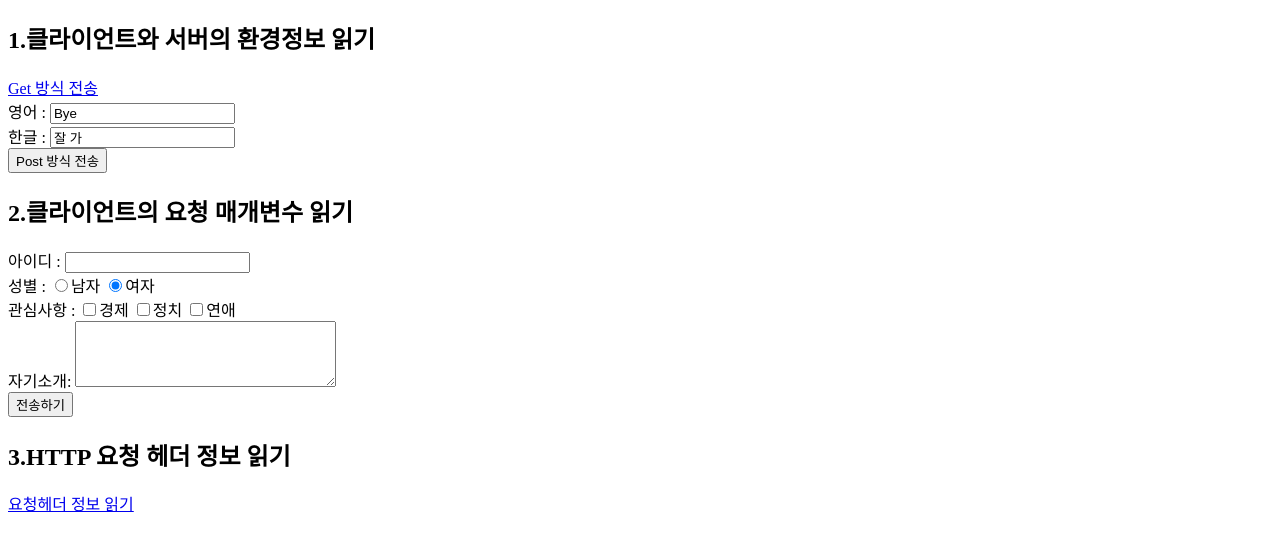
Repository: DANU011/Servlet-JSP
Page: http://localhost/MustHaveJSP/02ImplicitObject/RequestMain.jsp
These files come from the project's save history. The page is drawn as it stood at one moment and after the next save; the edit follows.
The browser window is 1280 px wide. The pictures show the whole page.
The page is served by Tomcat 9. Other server files are loaded and not shown.

Above is the page before, as saved 2023-02-21 08:50:35.

### MustHaveJSP/src/main/webapp/02ImplicitObject/RequestMain.jsp
<%@ page language="java" contentType="text/html; charset=UTF-8"
    pageEncoding="UTF-8"%>
<!DOCTYPE html>
<html>
<head>
<title>내장 각체</title>
</head>
<body>
<h2>1.클라이언트와 서버의 환경정보 읽기</h2>
<a href="./RequestWebInfo.jsp?eng=Hello&han=안녕">Get 방식 전송</a>
<br />
<form action="RequestWebInfo.jsp" method="post">
영어 : <input type = "text" name="eng" value="Bye" /><br />
한글 : <input type = "text" name="han" value="잘 가" /><br />
<input type="submit" value="Post 방식 전송" /><form>

<h2>2.클라이언트의 요청 매개변수 읽기</h2>
<form method="post" action="RequestParameter.jsp">
아이디 : <input type = "text" name="id" value=""><br />
성별 : <input type = "radio" name="sex" value="man" />남자
<input type = "radio" name="sex" value="woman" checked="checked" />여자
<br />
관심사항 : <input type = "checkbox" name="favo" value="eco" />경제
<input type = "checkbox" name="favo" value="pol" />정치
<input type = "checkbox" name="favo" value="ent" />연애<br />
자기소개:
<textarea name="intro" cols="30" rows="4"></textarea>
<br />
<input type="submit" value="전송하기" />
</form>

<h2>3.HTTP 요청 헤더 정보 읽기</h2>
<a href="RequestHeader.jsp">
요청헤더 정보 읽기
</a>
</body>
</html>

After the next save:
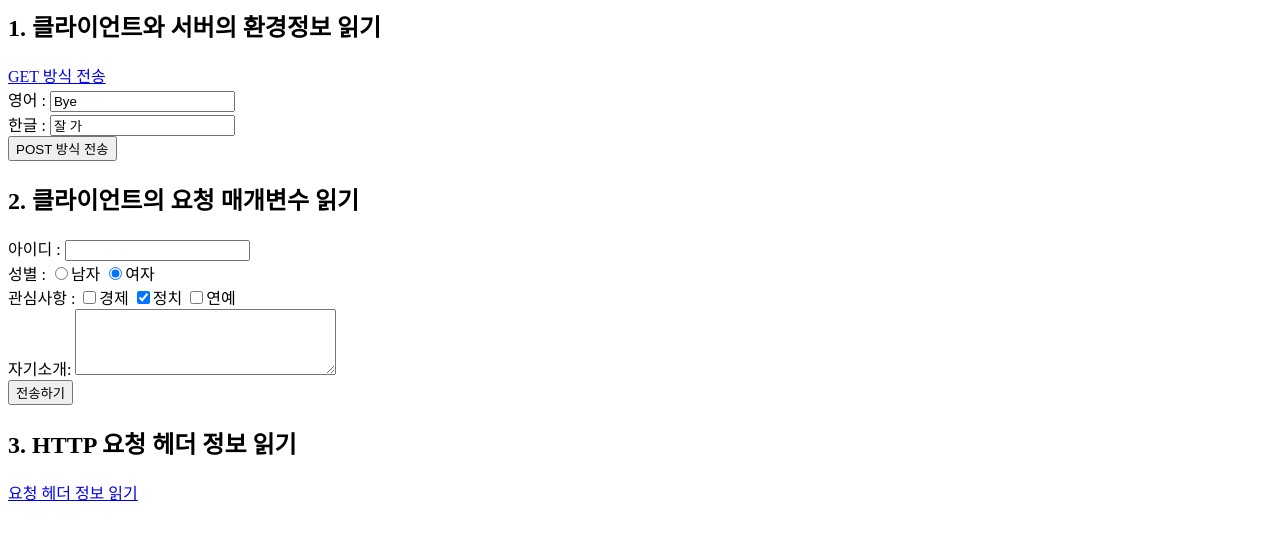
Saved 14 h 36 min later.
--- a/MustHaveJSP/src/main/webapp/02ImplicitObject/RequestMain.jsp
+++ b/MustHaveJSP/src/main/webapp/02ImplicitObject/RequestMain.jsp
@@ -1,37 +1,39 @@
 <%@ page language="java" contentType="text/html; charset=UTF-8"
     pageEncoding="UTF-8"%>
-<!DOCTYPE html>
 <html>
-<head>
-<title>내장 각체</title>
-</head>
+<head><title>내장 객체 - request</title></head>
 <body>
-<h2>1.클라이언트와 서버의 환경정보 읽기</h2>
-<a href="./RequestWebInfo.jsp?eng=Hello&han=안녕">Get 방식 전송</a>
-<br />
-<form action="RequestWebInfo.jsp" method="post">
-영어 : <input type = "text" name="eng" value="Bye" /><br />
-한글 : <input type = "text" name="han" value="잘 가" /><br />
-<input type="submit" value="Post 방식 전송" /><form>
+    <h2>1. 클라이언트와 서버의 환경정보 읽기</h2>
+    <a href="./RequestWebInfo.jsp?eng=Hello&han=안녕">  <!--GET 방식으로 요청-->
+      GET 방식 전송
+    </a>
+    <br />
+    <form action="RequestWebInfo.jsp" method="post">  <!--POST 방식으로 요청-->
+        영어 : <input type="text" name="eng" value="Bye" /><br />
+        한글 : <input type="text" name="han" value="잘 가" /><br />
+        <input type="submit" value="POST 방식 전송" />
+    </form>
 
-<h2>2.클라이언트의 요청 매개변수 읽기</h2>
-<form method="post" action="RequestParameter.jsp">
-아이디 : <input type = "text" name="id" value=""><br />
-성별 : <input type = "radio" name="sex" value="man" />남자
-<input type = "radio" name="sex" value="woman" checked="checked" />여자
-<br />
-관심사항 : <input type = "checkbox" name="favo" value="eco" />경제
-<input type = "checkbox" name="favo" value="pol" />정치
-<input type = "checkbox" name="favo" value="ent" />연애<br />
-자기소개:
-<textarea name="intro" cols="30" rows="4"></textarea>
-<br />
-<input type="submit" value="전송하기" />
-</form>
+    <h2>2. 클라이언트의 요청 매개변수 읽기</h2>
+    <form method="post" action="RequestParameter.jsp">  <!--다양한 <input> 태그 사용-->
+        아이디 : <input type="text" name="id" value="" /><br />
+        성별 :
+        <input type="radio" name="sex" value="man" />남자
+        <input type="radio" name="sex" value="woman" checked="checked" />여자
+        <br />
+        관심사항 :
+        <input type="checkbox" name="favo" value="eco" />경제
+        <input type="checkbox" name="favo" value="pol" checked="checked" />정치
+        <input type="checkbox" name="favo" value="ent" />연예<br />
+        자기소개:
+        <textarea name="intro" cols="30" rows="4"></textarea>
+        <br />
+        <input type="submit" value="전송하기" />
+    </form>
 
-<h2>3.HTTP 요청 헤더 정보 읽기</h2>
-<a href="RequestHeader.jsp">
-요청헤더 정보 읽기
-</a>
+    <h2>3. HTTP 요청 헤더 정보 읽기</h2>
+    <a href="RequestHeader.jsp">  <!--HTTP 요청 헤더 읽기-->
+        요청 헤더 정보 읽기
+    </a>
 </body>
 </html>
